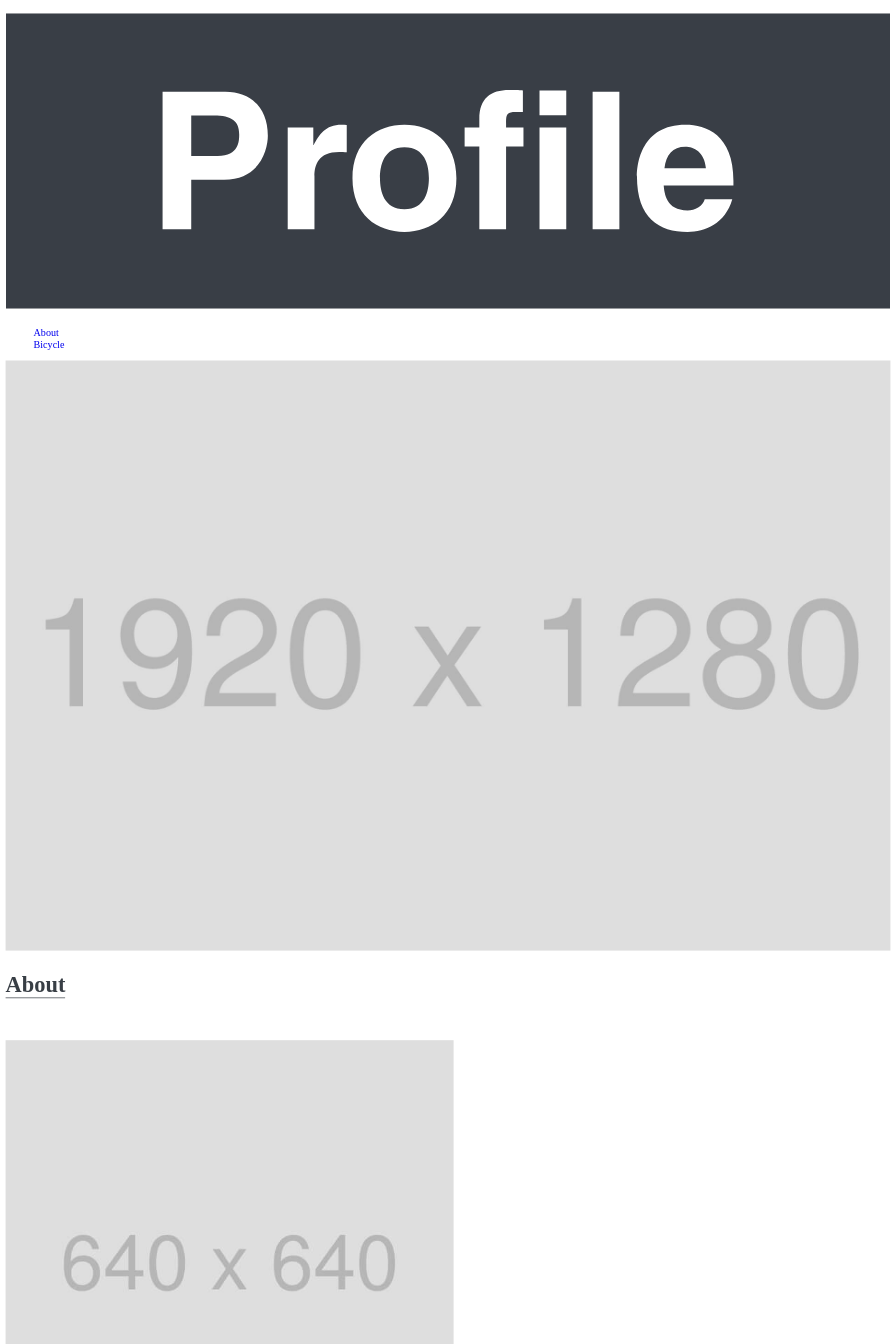
Repository: Fuki-san/bicycle
Page: http://localhost/profile
An editor plug-in stored every save of this project. The page is shown before and after a run of saves, followed by the edit.
The browser window is 1280 px wide. The pictures show the part of the page from y = 0 to 1920 px (the page is 4308 px tall before and 4565 px after), at 70% of full size.
The page is served by the project's Laravel application, run on PHP 8.4 with Laravel 10.

Above is the page before, as saved 2023-11-18 11:34:14.

After the next 4 saves:
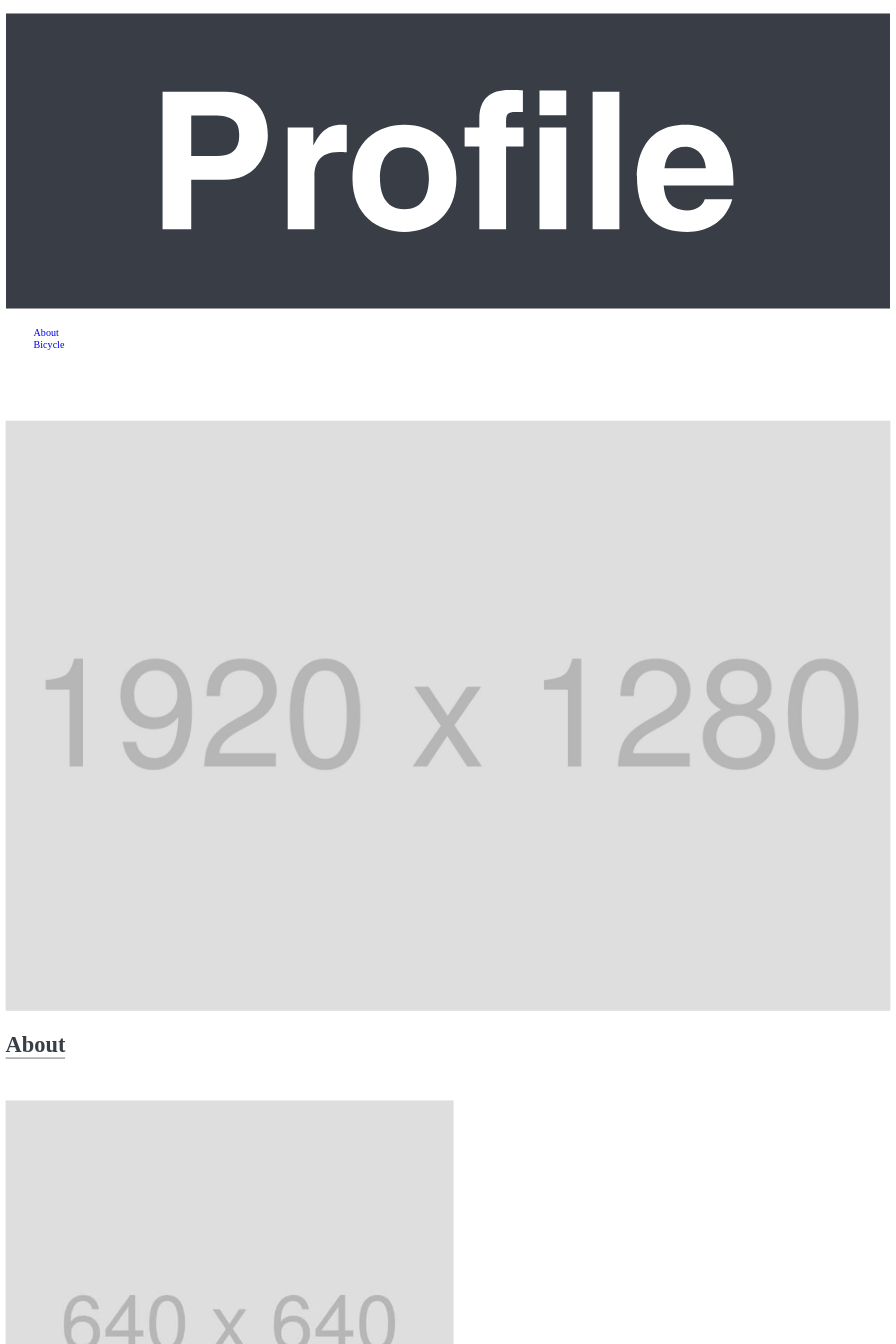
The 4 saves are shown as one change because they came seconds apart.
The last was saved 14 s later.
--- a/public/css/style.css
+++ b/public/css/style.css
@@ -39,5 +39,6 @@ a{
 }
 
 .wrapper{
-    margin: 0 auto ;
+    margin: 0 auto 100px auto;
+    padding: ;
 }
